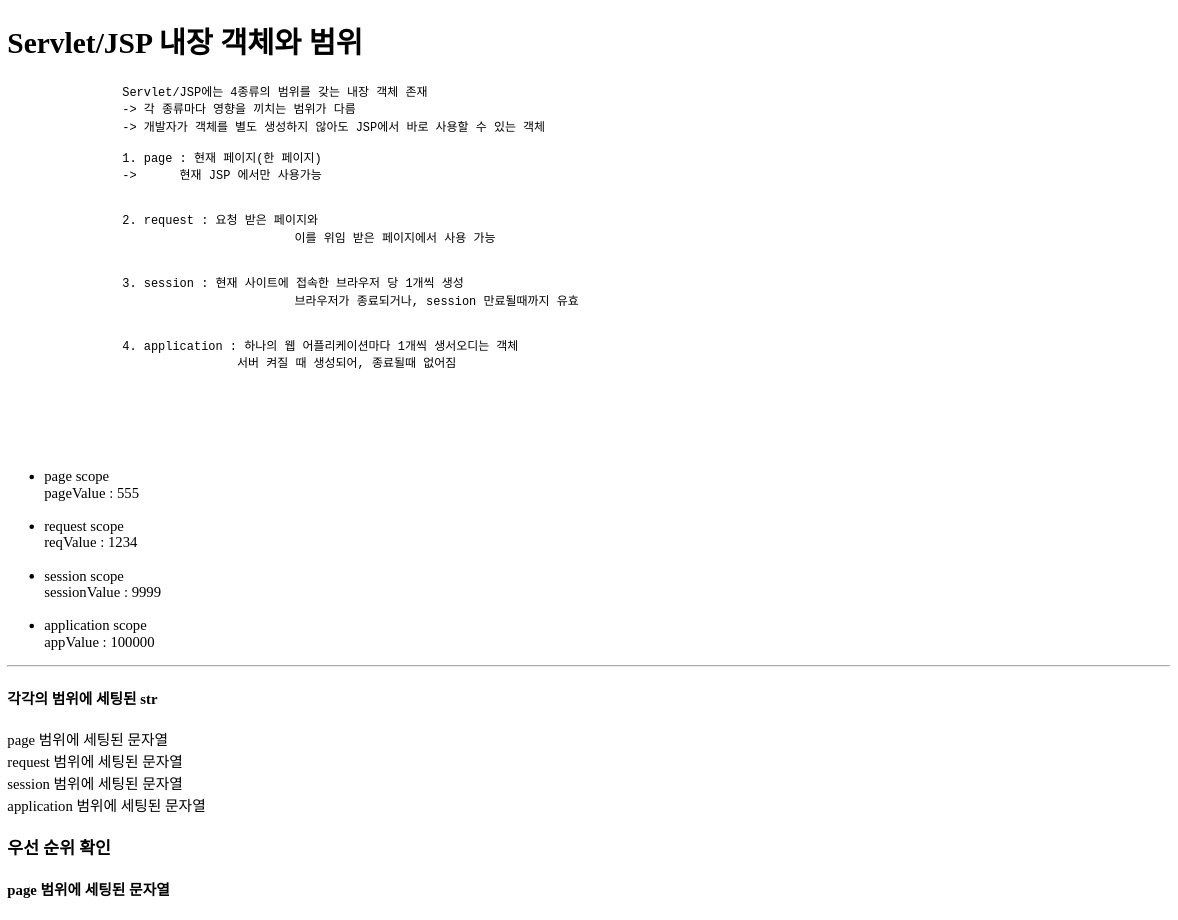
Repository: seungjoo1217/05_Server
Page: http://localhost/JSPProject2/scope
These files come from the project's save history. The page is drawn as it stood at one moment and after the next save; the edit follows.
The browser window is 1280 px wide. The pictures show the whole page, at 92% of full size.
The page is served by Tomcat 10.

Above is the page before, as saved 2024-03-22 06:38:16.

After the next save:
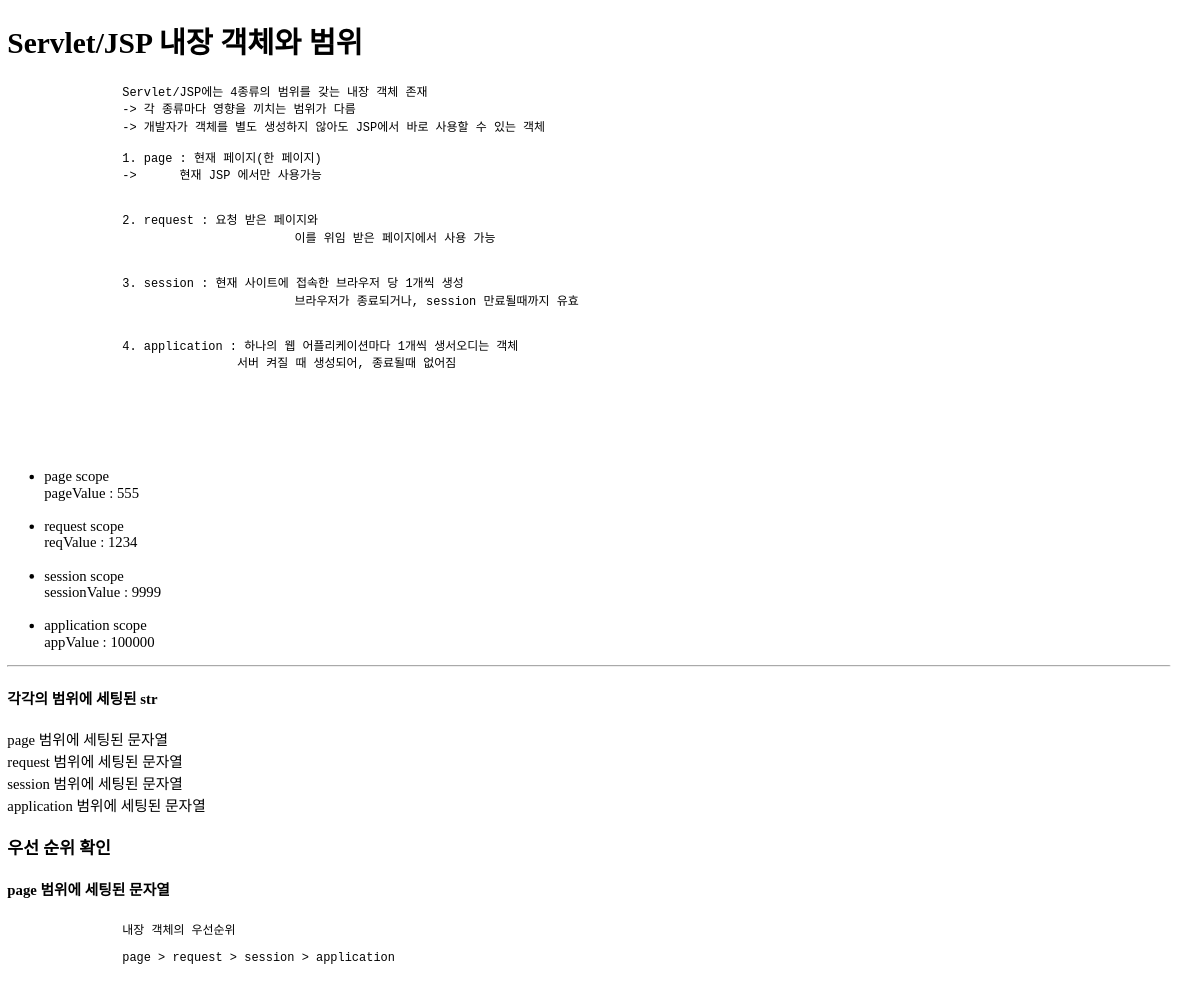
Saved 52 s later.
--- a/JSPProject2/src/main/webapp/WEB-INF/views/scope/scope.jsp
+++ b/JSPProject2/src/main/webapp/WEB-INF/views/scope/scope.jsp
@@ -86,6 +86,13 @@
 	<h3>우선 순위 확인</h3>
 	<h4>${str}</h4>
 
+	<pre>
+		내장 객체의 우선순위
+
+		page > request > session > application
+
+	</pre>
+
 
 
 
